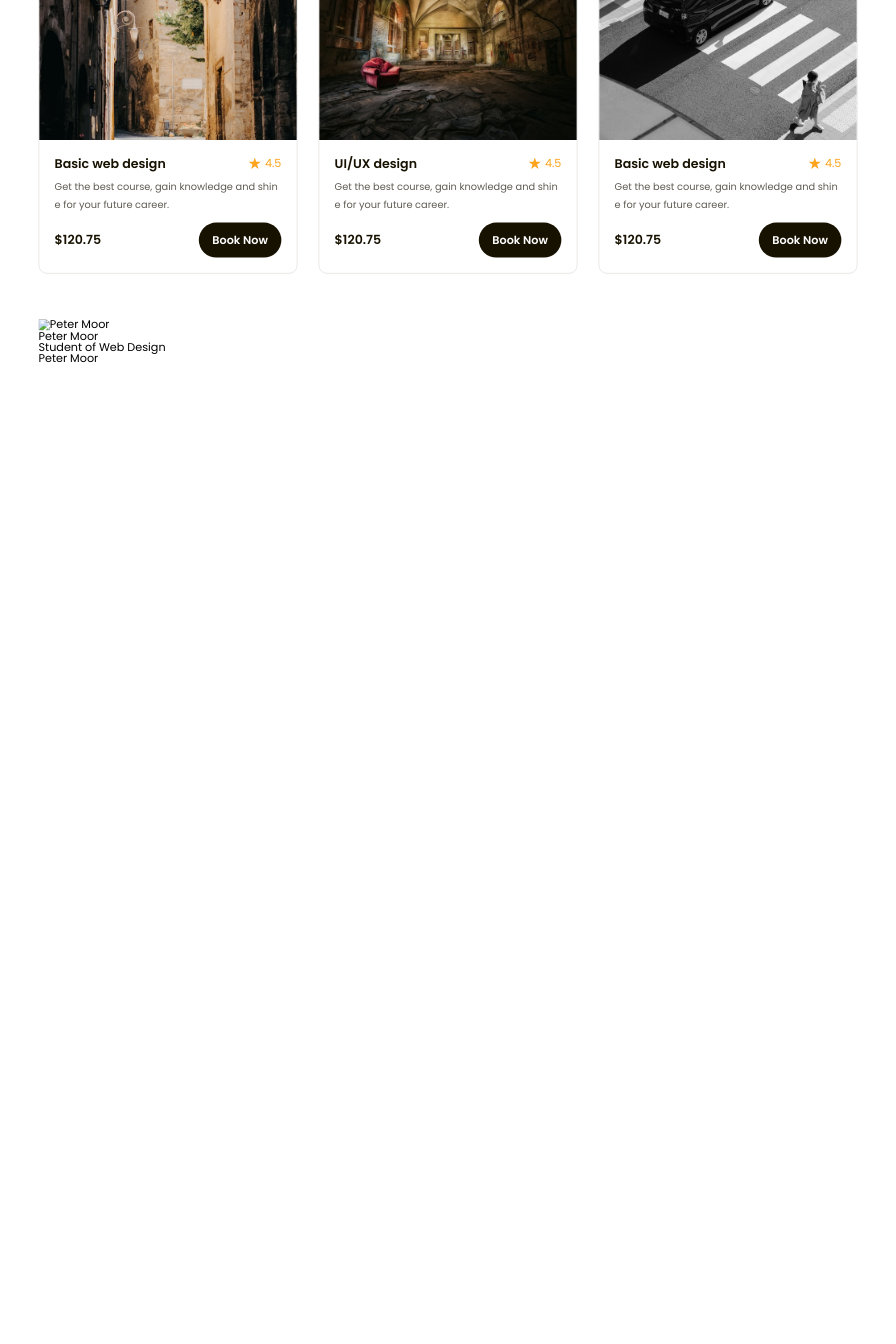
Repository: empty24062002/f8-htmlcss-02-pratice
Page: index.html
These files come from the project's save history. The page is drawn as it stood at one moment and after the next save; the edit follows.
The browser window is 1280 px wide. The pictures show the part of the page from y = 1330 to 3250 px (the page is 5187 px tall), at 70% of full size.
A picture or video elsewhere on the page could not be fetched, so the positions and the page height are approximate.

Above is the page before, as saved 2023-07-19 09:14:55.

### index.html
<!DOCTYPE html>
<html lang="en">
    <head>
        <meta charset="UTF-8" />
        <meta name="viewport" content="width=device-width, initial-scale=1.0" />
        <title>F8 Project 02 Practice</title>
        <!-- Reset CSS -->
        <link rel="stylesheet" href="./assets/css/reset.css" />
        <!-- Embed font -->
        <link rel="preconnect" href="https://fonts.googleapis.com" />
        <link rel="preconnect" href="https://fonts.gstatic.com" crossorigin />
        <link
            href="https://fonts.googleapis.com/css2?family=Poppins:wght@400;500;600;700&family=Sen:wght@700&display=swap"
            rel="stylesheet"
        />
        <link rel="stylesheet" href="./assets/css/styles.css" />
    </head>
    <body>
        <!-- Header -->
        <header class="header fixed">
            <div class="main-content">
                <div class="body">
                    <img
                        src="./assets/img/logo.svg"
                        alt="lesson."
                        class="logo"
                    />
                    <!-- nav -->
                    <nav class="nav">
                        <ul>
                            <li class="active">
                                <a href="#!">Home</a>
                            </li>
                            <li>
                                <a href="#!">Courses</a>
                            </li>
                            <li>
                                <a href="#!">Pricing</a>
                            </li>
                            <li>
                                <a href="#!">Reviews</a>
                            </li>
                        </ul>
                    </nav>
                    <!-- Action -->
                    <div class="action">
                        <a href="#!" class="btn sign-up-btn">Sign Up</a>
                    </div>
                </div>
            </div>
        </header>
        <main style="height: 5000px">
            <!-- hero -->
            <div class="hero">
                <div class="main-content">
                    <div class="hero-body">
                        <!-- Hero left -->
                        <div class="media-block">
                            <img
                                src="./assets/img/hero-media.jpg"
                                alt="Learn without limits and spread knowledge."
                                class="img"
                            />
                            <div class="hero-summary">
                                <!-- Item 1 -->
                                <div class="item">
                                    <div class="icon">
                                        <img
                                            src="./assets/icons/icon1.svg"
                                            alt=""
                                        />
                                    </div>
                                    <div class="info">
                                        <p class="lable">20 Courses</p>
                                        <p class="title">UI/UX Design</p>
                                    </div>
                                </div>
                                <!-- Item 2 -->
                                <div class="item">
                                    <div class="icon">
                                        <img
                                            src="./assets/icons/icon2.svg"
                                            alt=""
                                        />
                                    </div>
                                    <div class="info">
                                        <p class="lable">20 Courses</p>
                                        <p class="title">Development</p>
                                    </div>
                                </div>
                                <!-- Item 3 -->
                                <div class="item">
                                    <div class="icon">
                                        <img
                                            src="./assets/icons/icon 3.svg"
                                            alt=""
                                        />
                                    </div>
                                    <div class="info">
                                        <p class="lable">30 Courses</p>
                                        <p class="title">Marketing</p>
                                    </div>
                                </div>
                            </div>
                        </div>
                        <!-- Hero right -->
                        <div class="content-block">
                            <h1 class="heading lv1">
                                Learn without limits and spread knowledge.
                            </h1>
                            <p class="desc">
                                Build new skills for that “this is my year”
                                feeling with courses, certificates, and degrees
                                from world-class universities and companies.
                            </p>
                            <div class="cta-group">
                                <a href="" class="btn cta-btn">See Courses</a>
                                <button class="watch-video">
                                    <div class="icon">
                                        <img
                                            src="./assets/icons/watch-video.svg"
                                            alt=""
                                        />
                                    </div>
                                    <span>Watch video</span>
                                </button>
                            </div>
                            <p class="desc">Recent engagement</p>
                            <p class="desc stats">
                                <strong>50K</strong> Students
                                <strong>70+</strong> Courses
                            </p>
                        </div>
                    </div>
                </div>
            </div>
            <!-- Popular -->
            <div class="popular">
                <div class="main-content">
                    <div class="popular-top">
                        <div class="info">
                            <h2 class="heading lv2">Our popular courses</h2>
                            <p class="desc">
                                Build new skills with new trendy courses and
                                shine for the next future career.
                            </p>
                        </div>
                        <div class="controls">
                            <button class="control-btn">
                                <svg
                                    width="8"
                                    height="14"
                                    viewBox="0 0 8 14"
                                    fill="none"
                                    xmlns="http://www.w3.org/2000/svg"
                                >
                                    <path
                                        d="M7 1L1 7L7 13"
                                        stroke="currentColor"
                                        stroke-linecap="round"
                                        stroke-linejoin="round"
                                    />
                                </svg>
                            </button>
                            <button class="control-btn">
                                <svg
                                    width="8"
                                    height="14"
                                    viewBox="0 0 8 14"
                                    fill="none"
                                    xmlns="http://www.w3.org/2000/svg"
                                >
                                    <path
                                        d="M1 1L7 7L1 13"
                                        stroke="currentColor"
                                        stroke-linecap="round"
                                        stroke-linejoin="round"
                                    />
                                </svg>
                            </button>
                        </div>
                    </div>
                    <div class="course-list">
                        <!-- Course item 1 -->
                        <div class="course-item">
                            <a href="#!">
                                <img
                                    src="./assets/img/popular-1.jpg"
                                    alt=""
                                    class="thumb"
                                />
                            </a>
                            <div class="info">
                                <div class="head">
                                    <h3 class="title">
                                        <a href="" class="line-clamp break-all"
                                            >Basic web design</a
                                        >
                                    </h3>
                                    <div class="rating">
                                        <img
                                            src="./assets/icons/star.svg"
                                            alt=""
                                            class="star"
                                        />
                                        <span class="value">4.5</span>
                                    </div>
                                </div>
                                <p class="desc line-clamp line-2 break-all">
                                    Get the best course, gain knowledge and
                                    shine for your future career.
                                </p>
                                <div class="foot">
                                    <span class="price"> $120.75 </span>
                                    <a href="#!" class="btn book-btn"
                                        >Book Now</a
                                    >
                                </div>
                            </div>
                        </div>
                        <!-- Course item 2 -->
                        <div class="course-item">
                            <a href="#!">
                                <img
                                    src="./assets/img/popular-2.jpg"
                                    alt=""
                                    class="thumb"
                                />
                            </a>
                            <div class="info">
                                <div class="head">
                                    <h3 class="title">
                                        <a
                                            href="#!"
                                            class="line-clamp break-all"
                                            >UI/UX design</a
                                        >
                                    </h3>
                                    <div class="rating">
                                        <img
                                            src="./assets/icons/star.svg"
                                            alt=""
                                            class="star"
                                        />
                                        <span class="value">4.5</span>
                                    </div>
                                </div>
                                <p class="desc line-clamp line-2 break-all">
                                    Get the best course, gain knowledge and
                                    shine for your future career.
                                </p>
                                <div class="foot">
                                    <span class="price"> $120.75 </span>
                                    <a href="#!" class="btn book-btn"
                                        >Book Now</a
                                    >
                                </div>
                            </div>
                        </div>
                        <!-- Course Item 3 -->
                        <div class="course-item">
                            <a href="#!">
                                <img
                                    src="./assets/img/popular-3.jpg"
                                    alt=""
                                    class="thumb"
                                />
                            </a>
                            <div class="info">
                                <div class="head">
                                    <h3 class="title">
                                        <a
                                            href="#!"
                                            class="line-clamp break-all"
                                            >Basic web design</a
                                        >
                                    </h3>
                                    <div class="rating">
                                        <img
                                            src="./assets/icons/star.svg"
                                            alt=""
                                            class="star"
                                        />
                                        <span class="value">4.5</span>
                                    </div>
                                </div>
                                <p class="desc line-clamp line-2 break-all">
                                    Get the best course, gain knowledge and
                                    shine for your future career.
                                </p>
                                <div class="foot">
                                    <span class="price"> $120.75 </span>
                                    <a href="#!" class="btn book-btn"
                                        >Book Now</a
                                    >
                                </div>
                            </div>
                        </div>
                    </div>
                </div>
            </div>
            <!-- Feedback -->
            <div class="feedback">
                <div class="main-content">
                    <div class="feedback-list">
                        <div class="feedback-item">
                            <div class="info">
                                <img src="" alt="Peter Moor" class="avatar" />
                                <p class="title">Peter Moor</p>
                                <p class="desc">Student of Web Design</p>
                                <div class="dots">
                                    <span class="dot">Peter Moor</span>
                                    <span class="dot"></span>
                                    <span class="dot"></span>
                                </div>
                            </div>
                        </div>
                    </div>
                </div>
            </div>
        </main>
    </body>
</html>

### assets/css/styles.css
* {
    box-sizing: border-box;
}

:root {
    --font-heading: Sen, sans-serif;
    --primary-color: #ffb900;
    --secondary-color: #171100;
}

html {
    font-size: 62.5%;
}

body {
    font-size: 1.6rem;
    font-family: "Poppins", sans-serif;
}

/* Common */
a {
    text-decoration: none;
}

.main-content {
    width: 1170px;
    max-width: calc(100% - 48px);
    margin-left: auto;
    margin-right: auto;
}

.btn {
    display: inline-block;
    width: 118px;
    line-height: 50px;
    font-size: 1.6rem;
    font-weight: 600;
    text-align: center;
    color: #ffffff;
    background: var(--secondary-color);
    border-radius: 999px;
}

.btn:hover {
    opacity: 0.9;
    cursor: pointer;
}

.heading {
    color: var(--secondary-color);
    font-family: var(--font-heading);
    font-size: 5.8rem;
    letter-spacing: -0.02em;
}

.heading.lv1 {
    font-weight: 700;
    line-height: 1.17;
}
.heading.lv2 {
    font-size: 3.8rem;
    line-height: 1.26;
}

.line-clamp {
    display: -webkit-box;
    -webkit-line-clamp: var(--line-clamp, 1);
    -webkit-box-orient: vertical;
    overflow: hidden;
}

.line-clamp.line-2 {
    --line-clamp: 2;
}

.break-all {
    word-break: break-all;
}

/* Header */
.header {
    padding: 56px 0 65px;
    background: #fffcf4;
}

.header.fixed {
    position: sticky;
    margin-top: -28px;
}

.header .body {
    display: flex;
    align-items: center;
    padding: 36px 0 8px;
}

.nav {
    margin-left: auto;
}

.nav ul {
    display: flex;
}

.nav a {
    position: relative;
    padding: 8px 21px;
    font-size: 1.6rem;
    font-weight: 400;
    color: var(--secondary-color);
}

.nav a:hover,
.nav li.active a {
    text-shadow: 1px 0 0 currentColor;
    color: var(--secondary-color);
}

.nav li.active a::after {
    position: absolute;
    left: 21px;
    bottom: 6px;
    content: "";
    display: block;
    width: 12px;
    height: 2px;
    border-radius: 1px;
    background-color: var(--secondary-color);
}

.header .sign-up-btn {
    min-width: 144px;
    border-radius: 25px;
}

.header .action {
    margin-left: 49px;
}

/* Hero */
.hero {
    background: #fffcf4;
    padding-top: 64px 0 65px;
}

.hero .hero-body {
    display: flex;
}

/* hero left */
.hero .media-block {
    width: 48%;
    position: relative;
}

.hero .media-block .img {
    width: 470px;
    height: 685px;
    object-fit: cover;
    border-radius: 20px;
    vertical-align: bottom;
}

.hero-summary {
    position: absolute;
    padding: 24px 28px;
    bottom: 48px;
    right: 0;
    width: 270px;
    border-radius: 12px;
    background-color: #ffffff;
    box-shadow: 0px 16px 32px 0px #0000000d;
}

.hero-summary .item {
    display: flex;
    align-items: center;
}

.hero-summary .item + .item {
    margin-top: 22px;
}

.hero-summary .icon {
    display: flex;
    align-items: center;
    justify-content: center;
    width: 48px;
    height: 48px;
    background-color: #fff9e8;
    border-radius: 50%;
}

.hero-summary .item:nth-of-type(2) .icon {
    background: #fcefff;
}
.hero-summary .item:nth-of-type(3) .icon {
    background: #ebeaff;
}

.hero-summary .info {
    margin-left: 16px;
}

.hero-summary .lable {
    color: #5f5b53;
    font-size: 1.4rem;
    font-weight: 400;
    line-height: 1.85;
}

.hero-summary .title {
    color: var(--secondary-color);
    font-size: 1.8rem;
    font-weight: 600;
    line-height: 1.66;
}
/* Hero right */
.hero .content-block {
    width: 52%;
    padding: 64px 0 0 130px;
}

.hero .desc {
    margin-top: 22px;
    color: #5f5b53;
    font-size: 1.8rem;
    font-weight: 400;
    line-height: 1.66;
}

.hero .cta-group {
    display: flex;
    align-items: center;
    margin: 38px 0 48px;
}

.hero .cta-btn {
    min-width: 180px;
    line-height: 64px;
    background-color: var(--primary-color);
}

.hero .watch-video {
    display: flex;
    justify-content: center;
    align-items: center;
    margin-left: 28px;
    border: none;
    background-color: transparent;
}

.hero .watch-video .icon {
    display: flex;
    align-items: center;
    justify-content: center;
    width: 40px;
    height: 40px;
    border-radius: 50%;
    background-color: #ffffff;
    box-shadow: 0px 8px 16px 0px #00000012;
}

.hero .watch-video span {
    margin-left: 14px;
    color: var(--secondary-color);
    font-size: 1.8rem;
    font-weight: 600;
    line-height: 1.66;
}

.hero .stats {
    margin: 8px 0 0 -28px;
}

.hero .stats strong {
    padding: 0 8px 0 28px;
    color: var(--secondary-color);
    font-family: var(--font-heading);
    font-size: 4.4rem;
    font-weight: 700;
    line-height: 1.22;
}
/* Popular */
.popular {
    padding: 65px 0;
    margin-top: 135px;
}

.popular-top {
    display: flex;
    justify-content: space-between;
    align-items: center;
}

.popular-top .desc {
    width: 458px;
    margin-top: 16px;
    color: #5f5b53;
    font-size: 1.8rem;
    font-weight: 400;
    line-height: 1.66;
}

.popular-top .controls {
    display: flex;
    gap: 18px;
}

.popular-top .control-btn {
    display: flex;
    justify-content: center;
    align-items: center;
    width: 40px;
    height: 40px;
    color: var(--primary-color);
    border: 1px solid var(--primary-color);
    border-radius: 50%;
    background-color: transparent;
    cursor: pointer;
}

.popular-top .control-btn:hover {
    color: #fff9e8;
    background-color: var(--primary-color);
}

.popular .course-list {
    display: flex;
    gap: 30px;
    margin-top: 55px;
}

.popular .course-item {
    flex: 1;
    width: 370px;
    background-color: #ffffff;
    border: 1px solid #e2dfda;
    border-radius: 12px;
}

.popular .course-item:hover {
    border-color: transparent;
    box-shadow: 0px 18px 36px 0px #0000000d;
}

.popular .course-item .thumb {
    width: 100%;
    height: 278px;
    object-fit: cover;
    border-radius: 12px 12px 0px 0px;
}
.popular .course-item .info {
    padding: 16px 22px 22px;
}

.popular .course-item .rating,
.popular .course-item .foot,
.popular .course-item .head {
    display: flex;
    align-items: center;
    justify-content: space-between;
}

.popular .course-item .title a {
    padding-right: 6px;
    color: var(--secondary-color);
    font-size: 1.8rem;
    font-weight: 600;
    line-height: 1.66;
}

.popular .course-item .value {
    margin-left: 6px;
    color: #fea31b;
    font-size: 1.6rem;
    font-weight: 400;
}

.popular .course-item .desc {
    margin-top: 6px;
    color: #5f5b53;
    font-size: 1.4rem;
    font-weight: 400;
    line-height: 1.85; /* 185.714% */
}

.popular .course-item .price {
    color: #171100;
    font-size: 1.8rem;
    font-weight: 600;
    line-height: 1.66;
}

.popular .course-item .foot {
    margin-top: 12px;
}

.popular .course-item .book-btn {
    border: none;
}

.popular .course-item .book-btn:hover {
    background-color: var(--primary-color);
}

Loaded but not shown: assets/css/reset.css (common file)

After the next save:
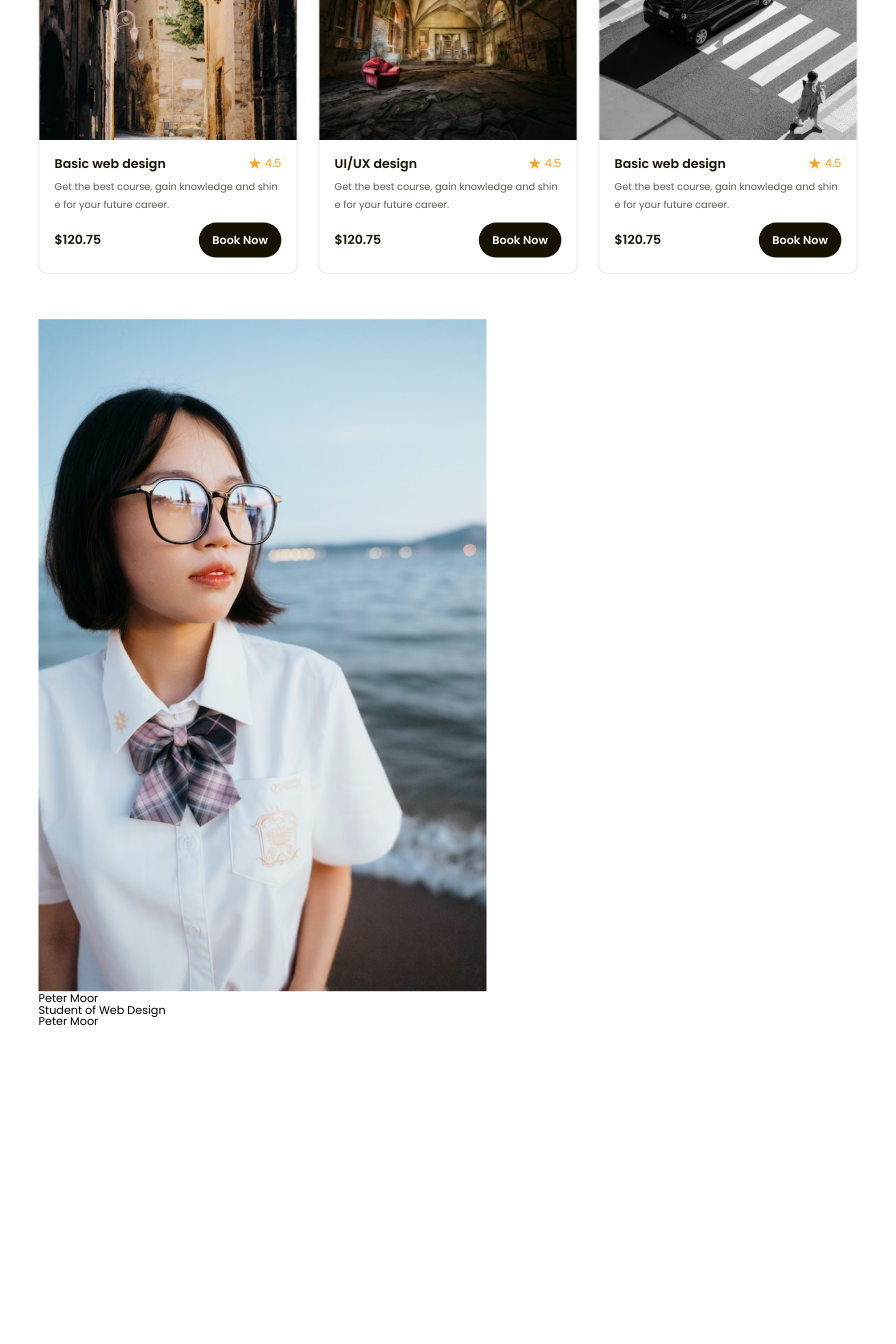
Saved 2 min 39 s later.
--- a/index.html
+++ b/index.html
@@ -305,7 +305,11 @@
                     <div class="feedback-list">
                         <div class="feedback-item">
                             <div class="info">
-                                <img src="" alt="Peter Moor" class="avatar" />
+                                <img
+                                    src="./assets/img/avatar.jpg"
+                                    alt="Peter Moor"
+                                    class="avatar"
+                                />
                                 <p class="title">Peter Moor</p>
                                 <p class="desc">Student of Web Design</p>
                                 <div class="dots">
